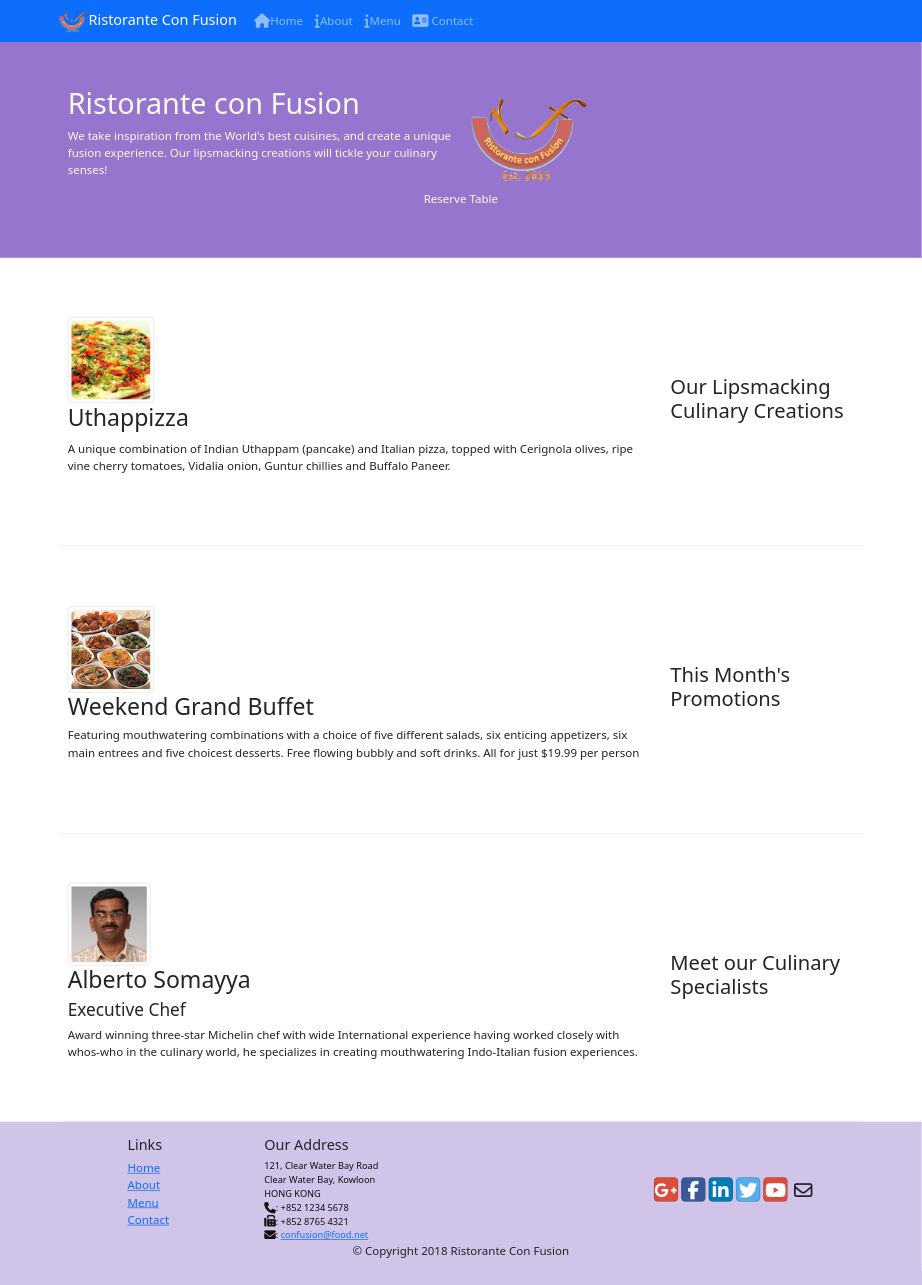
Repository: DungBuiTuan/FER201m
Page: index.html
These files come from the project's save history. The page is drawn as it stood at one moment and after the next save; the edit follows.
The browser window is 1280 px wide. The pictures show the whole page, at 72% of full size.
Some web libraries are served in a nearby version.

Above is the page before, as saved 2023-05-20 11:07:47.

After the next save:
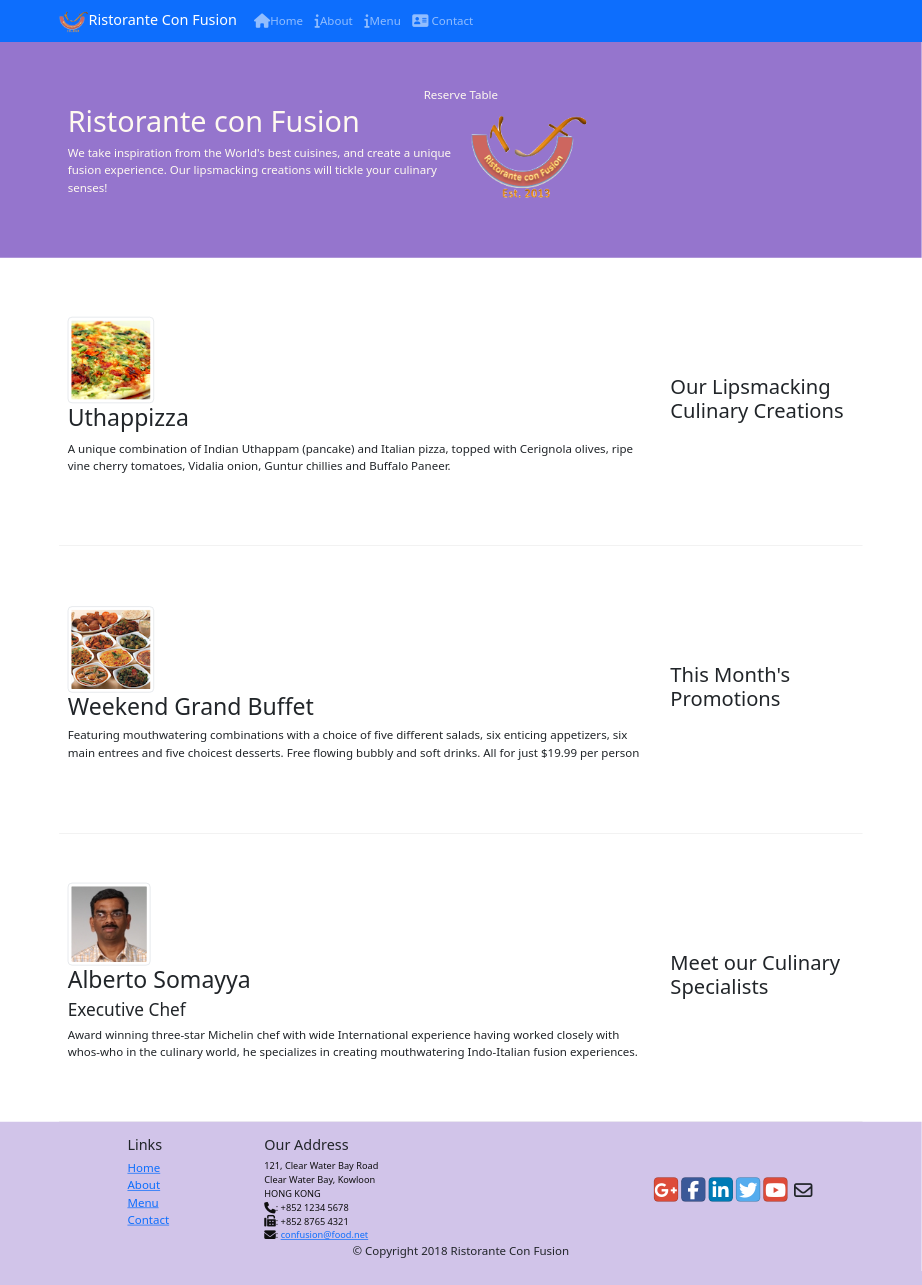
Saved 71 s later.
--- a/index.html
+++ b/index.html
@@ -46,6 +46,10 @@
     </nav>
 
     <header class="jumbotron">
+      <a role="button" class="btn btn-block nav-link btn-warning"
+                        data-toggle="tooltip" data-html="true"  title="Or Call us at  <br><strong>+852 12345678</strong>"
+                        data-placement="bottom" href="#reserveform">Reserve Table</a>
+
       <div class="container">
         <div class="row row-header">
           <div class="col-12 col-sm-6">
@@ -59,10 +63,6 @@
           <div class="col-12 col-sm align-self-center">
             <img src="img/img/logo.png" class="img-fluid">
         </div>
-        <a role="button" class="btn btn-block nav-link btn-warning"
-                        data-toggle="tooltip" data-html="true"  title="Or Call us at  <br><strong>+852 12345678</strong>"
-                        data-placement="bottom" href="#reserveform">Reserve Table</a>
-
         </div>
       </div>
     </header>
